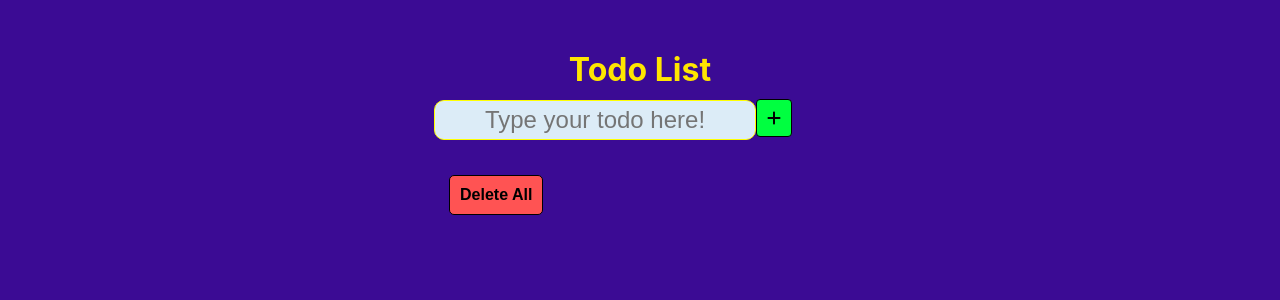
Repository: badhon252/todo-app
Page: /
The author's editor kept a copy of each file at every save. The page is drawn from the files as they stood at one save, then again after the next save.
The browser window is 1280 px wide. The pictures show the whole page.
The project was rebuilt for these pictures with package versions that can differ from the ones it lists, and the page was loaded fresh each time.

Above is the page before, as saved 2022-01-26 17:48:51.

After the next save:
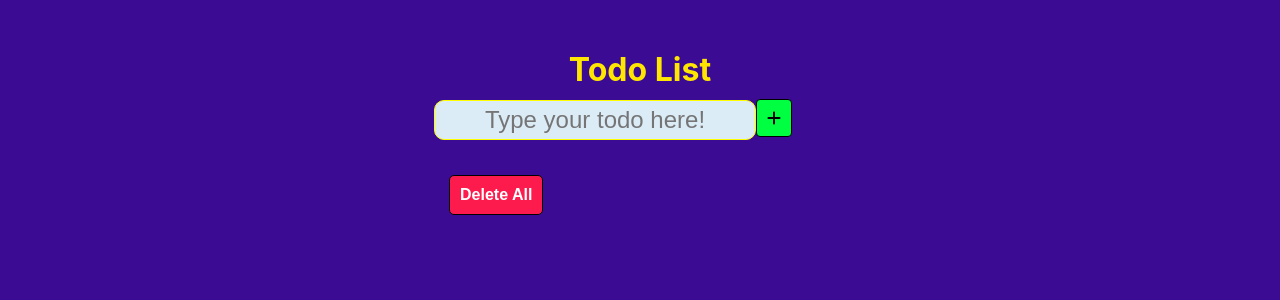
Saved 9 s later.
--- a/src/Styles/style.css
+++ b/src/Styles/style.css
@@ -40,7 +40,7 @@ h1 {
 }
 
 .icon {
-  padding: 0 10px;
+  margin: 0 10px;
   border-radius: 5px;
   cursor: pointer;
   /* background-color: rgb(0, 255, 34); */
@@ -56,7 +56,7 @@ h1 {
   font-weight: 700;
 }
 
-.delete:hover {
+.edit .delete:hover {
   color: red;
 }
 .edit:hover {
@@ -64,8 +64,8 @@ h1 {
 }
 
 .delete-all {
-  background-color: rgb(255, 83, 83);
-  color: rgb(0, 0, 0);
+  background-color: rgb(252, 27, 76);
+  color: rgb(255, 255, 255);
   font-weight: 600;
   border: 1px solid black;
   border-radius: 5px;
@@ -75,5 +75,6 @@ h1 {
   cursor: pointer;
 }
 li {
-  background-color: rgb(255, 0, 157);
+  background-color: #2b007c;
+  margin: 2px;
 }
